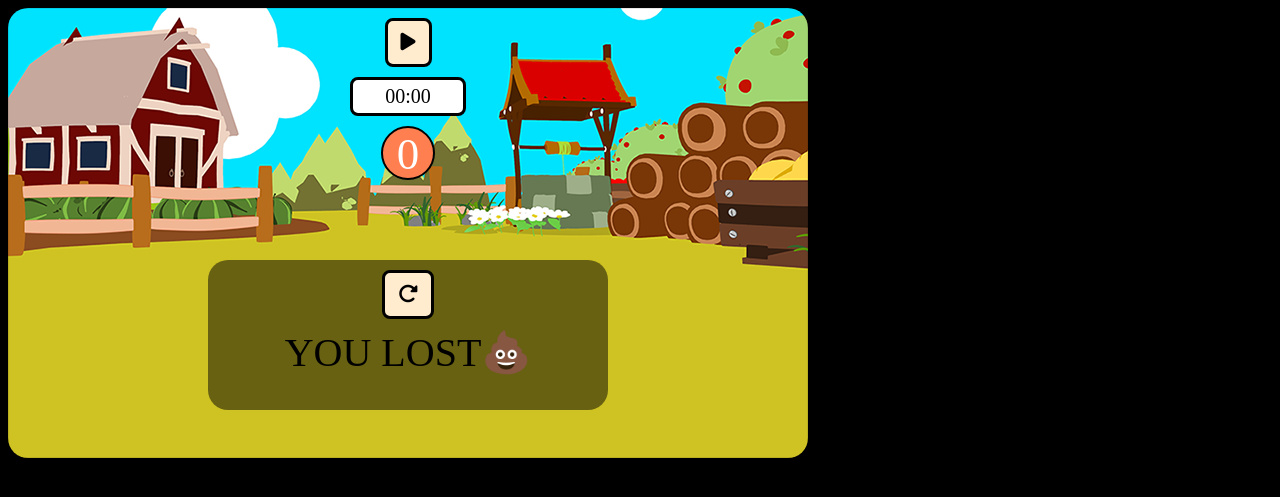
Repository: rladpwl0512/dreamcoding_browser101
Page: (7) catch-carrot-game/catch carrot/index.html
An editor plug-in stored every save of this project. The page is shown before and after the next save, followed by the edit.
The browser window is 1280 px wide. The pictures show the whole page.
Some web libraries are served in a nearby version.

Above is the page before, as saved 2021-10-07 17:51:08.

After the next save:
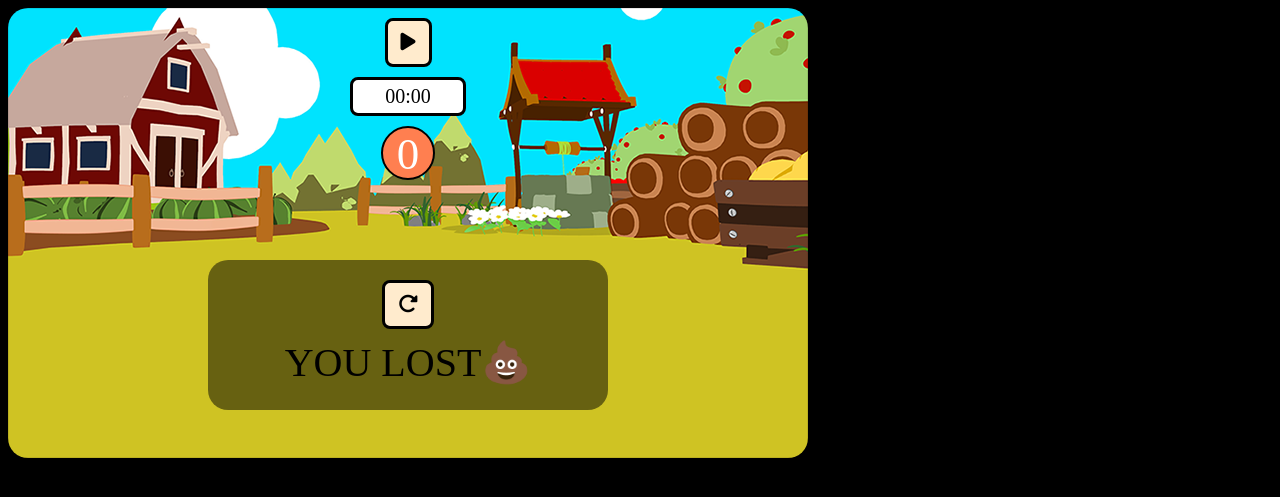
Saved 6 s later.
--- a/(7) catch-carrot-game/catch carrot/style.css
+++ b/(7) catch-carrot-game/catch carrot/style.css
@@ -84,7 +84,7 @@ button {
   margin: 0 auto;
   border-radius: 20px;
   transform: translateY(80px);
-  padding-top: 10px;
+  padding-top: 20px;
 }
 .message {
   margin-top: 10px;
